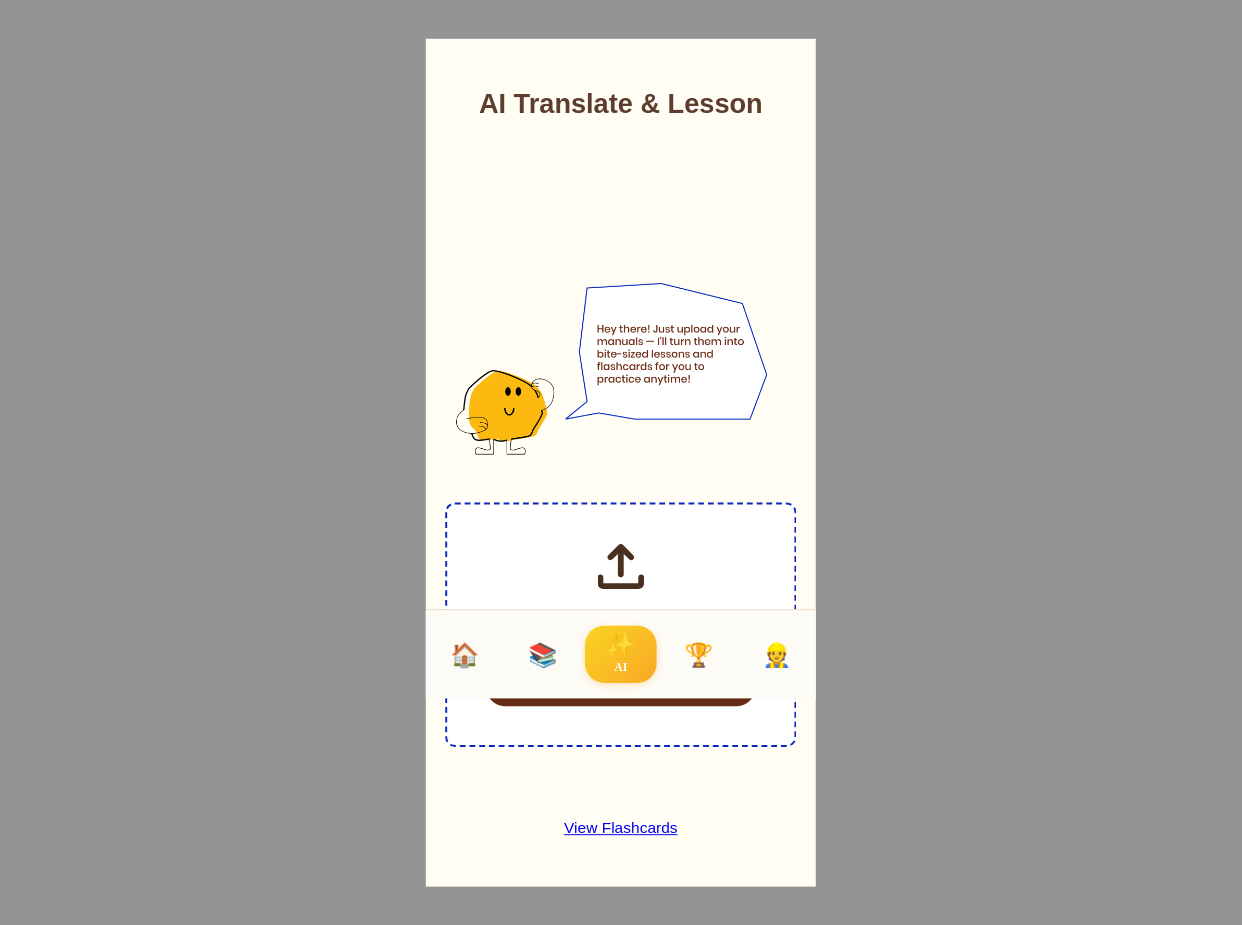
Repository: richelletiongson/Jargon_FrontendShowcase
Page: / (app in jargon_frontend/)
The author's editor kept a copy of each file at every save. The page is drawn from the files as they stood at one save, then again after the next save.
The browser window is 1280 px wide. The pictures show the whole page, at 97% of full size.
The project was rebuilt for these pictures with package versions that can differ from the ones it lists, and the page was loaded fresh each time. Also part of the build but not shown: jargon_frontend/vite.config.js, jargon_frontend/src/index.css, jargon_frontend/src/home_pages/Home.jsx, jargon_frontend/src/course_pages/Course.jsx, jargon_frontend/src/charts_pages/Charts.jsx, jargon_frontend/src/profile_pages/Profile.jsx.

Above is the page before, as saved 2025-10-22 17:29:55.

### jargon_frontend/index.html
<!doctype html>
<html lang="en">
  <head>
    <meta charset="UTF-8" />
    <link rel="icon" type="image/svg+xml" href="/vite.svg" />
    <meta name="viewport" content="width=device-width, initial-scale=1.0" />
    <title>jargon_frontend</title>
  </head>
  <body>
    <div id="root"></div>
    <script type="module" src="/src/main.jsx"></script>
  </body>
</html>

### jargon_frontend/src/App.jsx
import './App.css'
import NavBar from "./components/NavBar";
import { BrowserRouter, Routes, Route } from "react-router-dom";
import Home from "./home_pages/Home";
import Course from "./course_pages/Course";
import AI from "./ai_pages/AI";
import Charts from "./charts_pages/Charts";
import Profile from "./profile_pages/Profile";

function App() {
  return (
    <BrowserRouter>
            <div className='page'>
                <main className='main-content'>
                    <Routes>
                        <Route
                            path='/'
                            element={<AI />}
                        />
                        <Route
                            path='/home'
                            element={<Home />}
                        />
                        <Route
                            path='/course'
                            element={<Course />}
                        />
                        <Route
                            path='/ai'
                            element={<AI />}
                        />
                        <Route
                            path='/charts'
                            element={<Charts />}
                        />
                        <Route
                            path='/profile'
                            element={<Profile />}
                        />

                    </Routes>
                </main>
                <NavBar />
            </div>
        </BrowserRouter>
  )
}

export default App

### jargon_frontend/src/App.css
* {
  padding: 0;
  margin: 0;
}
main {
  background-color: #949494;
  padding: 0 0 80px 0;
}

### jargon_frontend/src/components/NavBar.jsx
import React from 'react';
import { Link, useLocation } from 'react-router-dom';
import './NavBar.css';

const NavBar = () => {
  const location = useLocation();

  return (
    <div className="bottom-nav">
      <Link to="/home" className={`nav-item ${location.pathname === '/home' ? 'active' : ''}`}>
        <div className="nav-icon">🏠</div>
      </Link>
      <Link to="/course" className={`nav-item ${location.pathname === '/course' ? 'active' : ''}`}>
        <div className="nav-icon">📚</div>
      </Link>
      <Link to="/" className={`nav-item ${location.pathname === '/' ? 'active' : ''}`}>
        <div className="nav-icon">✨</div>
        <span className="nav-text">AI</span>
      </Link>
      <Link to="/charts" className={`nav-item ${location.pathname === '/charts' ? 'active' : ''}`}>
        <div className="nav-icon">🏆</div>
      </Link>
      <Link to="/profile" className={`nav-item ${location.pathname === '/profile' ? 'active' : ''}`}>
        <div className="nav-icon">👷</div>
      </Link>
    </div>
  );
};

export default NavBar;

### jargon_frontend/src/ai_pages/AI.jsx
import React, { useState } from 'react';
import { Link } from 'react-router-dom';
import './AI.css';
import UploadIcon from '../assets/Upload_Icon.svg';
import RockyImage from '../assets/AI_Rocky.PNG';

const AI = () => {
  const [selectedFile, setSelectedFile] = useState(null);

  const handleFileChange = (event) => {
    const file = event.target.files[0];
    if (file) {
      setSelectedFile(file);
    }
  };

  return (
    <div className="ai-page">
      <div className="main-content">
        <h1 className="page-title">AI Translate & Lesson</h1>
        <div className='rocky-container'>
          <img src={RockyImage} alt="Rocky" className="rocky-image" />
        </div>
        <div className="file-upload-container">
          <div className="file-upload-area">
            <img src={UploadIcon} alt="Upload" className="upload-icon" />
            <p className="upload-text">Upload your PDF file (max 50 MB)</p>
            <input
              type="file"
              id="file-input"
              accept=".pdf"
              onChange={handleFileChange}
              style={{ display: 'none' }}
            />
            <label htmlFor="file-input" className="choose-file-btn">
              Choose file
            </label>
            {selectedFile && (
              <p className="selected-file">Selected: {selectedFile.name}</p>
            )}
          </div>
        </div>
        <div className="flashcard-link">
          <Link to="/flashcards" className="flashcard-btn">
            View Flashcards
          </Link>
        </div>
      </div>
    </div>
  );
};

export default AI;

### jargon_frontend/src/components/NavBar.css
/* Bottom Navigation Styles */
.bottom-nav {
  display: flex;
  justify-content: space-around;
  align-items: center;
  background-color: #FDFBF6;
  padding: 16px 0;
  width: 402px;
  border-top: 1px solid #E8D5C4;
  position: fixed;
  bottom: 0;
  left: 50%;
  transform: translateX(-50%);
  z-index: 100;
}

.nav-item {
  display: flex;
  flex-direction: column;
  align-items: center;
  gap: 4px;
  padding: 8px 12px;
  border-radius: 20px;
  transition: all 0.3s ease;
  cursor: pointer;
  min-width: 50px;
  text-decoration: none;
  color: inherit;
}

.nav-item:hover {
  background-color: #F5F0E8;
}

.nav-item.active {
  background: linear-gradient(135deg, #F9D423 0%, #F9A826 100%);
  color: white;
  box-shadow: 0 2px 8px rgba(249, 164, 38, 0.3);
}

.nav-icon {
  font-size: 24px;
  line-height: 1;
}

.nav-text {
  font-size: 12px;
  font-weight: 600;
  color: inherit;
}

.nav-item:not(.active) .nav-icon {
  color: #5C3D2E;
}

/* Responsive Design */
@media (max-width: 480px) {
  .nav-icon {
    font-size: 20px;
  }

  .nav-text {
    font-size: 10px;
  }
}

### jargon_frontend/src/home_pages/Home.css
/* Home Page Styles */
.home-page {
  min-height: 874px;
  width: 402px;
  background-color: #FFFDF4;
  display: flex;
  flex-direction: column;
  font-family: poppins, sans-serif;
  margin: 0;
  padding: 0;
}

.status-bar {
  display: flex;
  justify-content: space-between;
  align-items: center;
  padding: 12px 20px;
  background-color: #FDFBF6;
  color: #5C3D2E;
  font-size: 16px;
  font-weight: 600;
}

.status-icons {
  display: flex;
  gap: 8px;
  font-size: 18px;
}

.main-content {
  flex: 1;
  padding: 40px 20px;
  display: flex;
  flex-direction: column;
  align-items: center;
  justify-content: center;
  text-align: center;
}

.page-title {
  font-size: 28px;
  font-weight: bold;
  color: #5C3D2E;
  margin-bottom: 20px;
}

.coming-soon {
  color: #5C3D2E;
  font-size: 18px;
  opacity: 0.7;
}

### jargon_frontend/src/course_pages/Course.css
/* Course Page Styles */
.course-page {
  min-height: 874px;
  width: 402px;
  background-color: #FFFDF4;
  display: flex;
  flex-direction: column;
  font-family: poppins, sans-serif;
  margin: 0;
  padding: 0;
}

.status-bar {
  display: flex;
  justify-content: space-between;
  align-items: center;
  padding: 12px 20px;
  background-color: #FDFBF6;
  color: #5C3D2E;
  font-size: 16px;
  font-weight: 600;
}

.status-icons {
  display: flex;
  gap: 8px;
  font-size: 18px;
}

.main-content {
  flex: 1;
  padding: 40px 20px;
  display: flex;
  flex-direction: column;
  align-items: center;
  justify-content: center;
  text-align: center;
}

.page-title {
  font-size: 28px;
  font-weight: bold;
  color: #5C3D2E;
  margin-bottom: 20px;
}

.coming-soon {
  color: #5C3D2E;
  font-size: 18px;
  opacity: 0.7;
}

### jargon_frontend/src/ai_pages/AI.css
/* AI Page Styles */
.ai-page {
  min-height: 874px;
  width: 402px;
  background-color: #FFFDF4;
  display: flex;
  flex-direction: column;
  font-family: poppins, sans-serif;
}

/* Main Content */

.main-content {
  flex: 1;
  padding-top: 0;
  display: flex;
  flex-direction: column;
  align-items: center;
  justify-content: flex-start;
  text-align: center;
}

.page-title {
  font-size: 28px;
  font-weight: bold;
  color: #5C3D2E;
  padding: 0 20px 0 20px;
  line-height: 1.2;
}

.rocky-container {
  display: flex;
  justify-content: center;
  align-items: center;
  padding-top: 100px;

}

.rocky-image {
  width: 120%;
  max-width: 120%;
  height: auto;
  border-radius: 8px;
}

.file-upload-container {
  width: 100%;
  max-width: 400px;
  margin: 0 auto;
  padding-bottom: 75px;
}

.file-upload-area {
  background-color: white;
  border: 2px dashed #0828C0;
  border-radius: 10px;
  padding: 40px 20px;
  display: flex;
  flex-direction: column;
  align-items: center;
  gap: 20px;
}

.upload-icon {
  width: 48px;
  height: 48px;
  color: #6F2E17;
  margin-bottom: 10px;
}

.upload-text {
  color: #5C3D2E;
  font-size: 16px;
  margin: 0;
  line-height: 1.4;
}

.choose-file-btn {
  background-color: #652A15;
  color: white;
  border-radius: 18px;
  border: none;
  font-size: 16px;
  font-weight: 600;
  display: flex;
  justify-content: center;
  align-items: center;
  width: 276px;
  height: 48px;
}

.selected-file {
  color: #5C3D2E;
  font-size: 14px;
  margin: 10px 0 0 0;
  font-style: italic;
}

### jargon_frontend/src/charts_pages/Charts.css
/* Charts Page Styles */
.charts-page {
  min-height: 874px;
  width: 402px;
  background-color: #FFFDF4;
  display: flex;
  flex-direction: column;
  font-family: poppins, sans-serif;
  margin: 0;
  padding: 0;
}

.status-bar {
  display: flex;
  justify-content: space-between;
  align-items: center;
  padding: 12px 20px;
  background-color: #FDFBF6;
  color: #5C3D2E;
  font-size: 16px;
  font-weight: 600;
}

.status-icons {
  display: flex;
  gap: 8px;
  font-size: 18px;
}

.main-content {
  flex: 1;
  padding: 40px 20px;
  display: flex;
  flex-direction: column;
  align-items: center;
  justify-content: center;
  text-align: center;
}

.page-title {
  font-size: 28px;
  font-weight: bold;
  color: #5C3D2E;
  margin-bottom: 20px;
}

.coming-soon {
  color: #5C3D2E;
  font-size: 18px;
  opacity: 0.7;
}

### jargon_frontend/src/profile_pages/Profile.css
/* Profile Page Styles */
.profile-page {
  min-height: 874px;
  width: 402px;
  background-color: #FFFDF4;
  display: flex;
  flex-direction: column;
  font-family: poppins, sans-serif;
  margin: 0;
  padding: 0;
}

.status-bar {
  display: flex;
  justify-content: space-between;
  align-items: center;
  padding: 12px 20px;
  background-color: #FDFBF6;
  color: #5C3D2E;
  font-size: 16px;
  font-weight: 600;
}

.status-icons {
  display: flex;
  gap: 8px;
  font-size: 18px;
}

.main-content {
  flex: 1;
  padding: 40px 20px;
  display: flex;
  flex-direction: column;
  align-items: center;
  justify-content: center;
  text-align: center;
}

.page-title {
  font-size: 28px;
  font-weight: bold;
  color: #5C3D2E;
  margin-bottom: 20px;
}

.coming-soon {
  color: #5C3D2E;
  font-size: 18px;
  opacity: 0.7;
}

Loaded but not shown: jargon_frontend/src/main.jsx (common file)

After the next save:
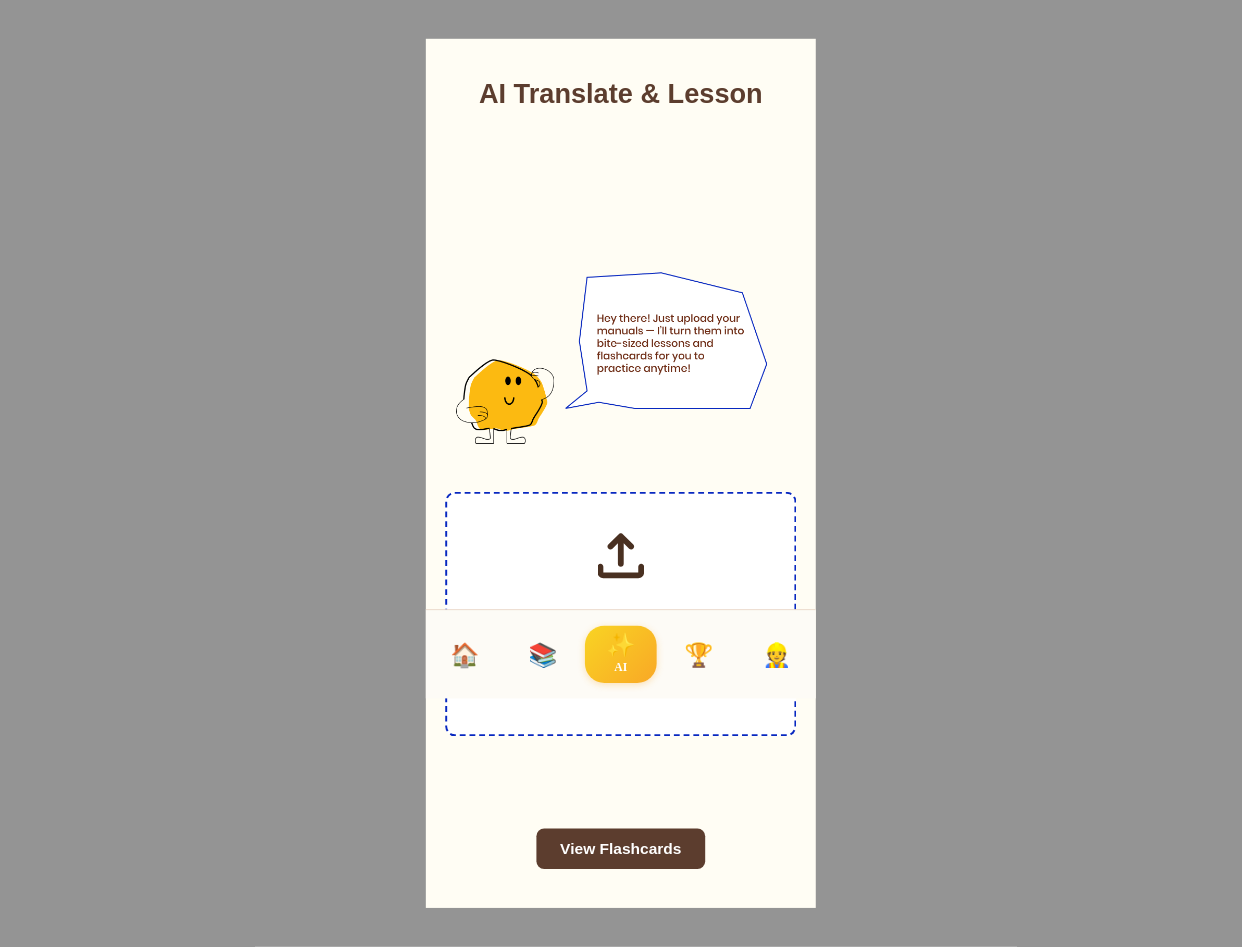
Saved 3 s later.
--- a/jargon_frontend/src/ai_pages/AI.css
+++ b/jargon_frontend/src/ai_pages/AI.css
@@ -95,3 +95,23 @@
   margin: 10px 0 0 0;
   font-style: italic;
 }
+
+.flashcard-link {
+  display: flex;
+  justify-content: center;
+  margin-top: 20px;
+}
+
+.flashcard-btn {
+  background-color: #5C3D2E;
+  color: white;
+  padding: 12px 24px;
+  border-radius: 8px;
+  text-decoration: none;
+  font-weight: 600;
+  transition: background-color 0.3s ease;
+}
+
+.flashcard-btn:hover {
+  background-color: #4A3225;
+}
